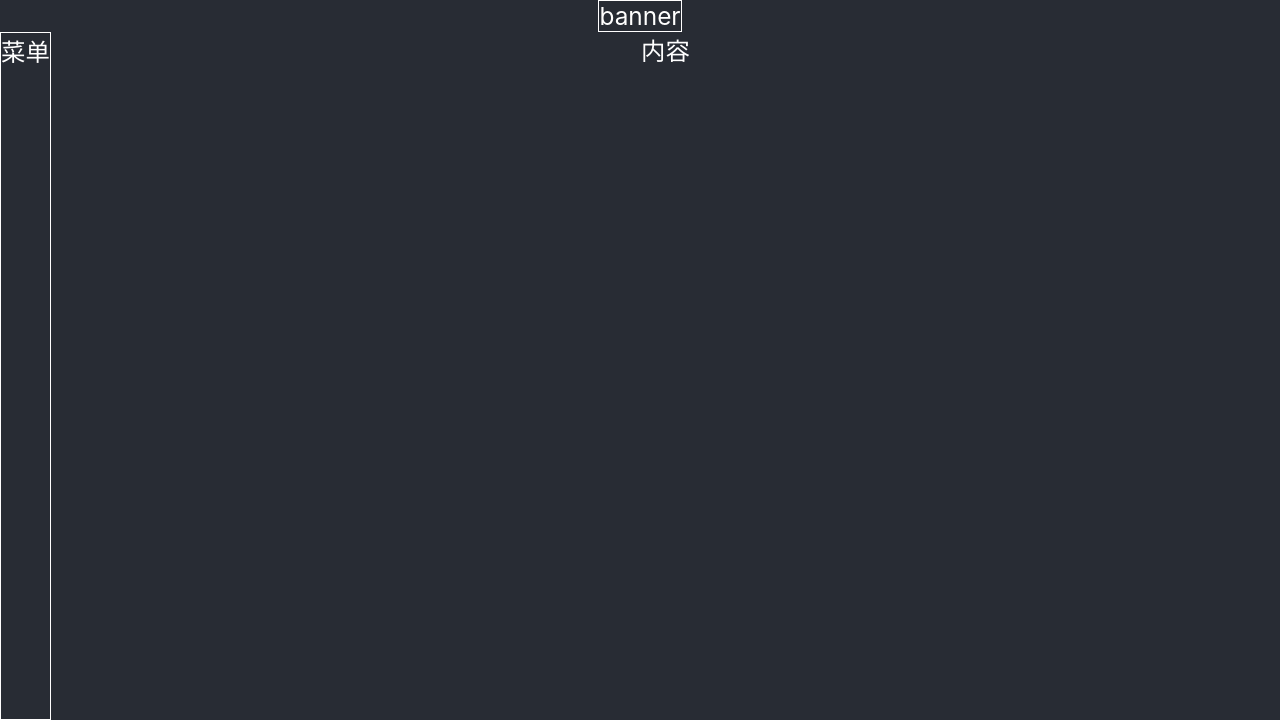
Repository: yaolh1995/react-hooks-demo-drag-layout
Page: /
These files come from the project's save history. The page is drawn as it stood at one moment and after the next save; the edit follows.
The browser window is 1280 px wide. The page is 1280 px wide, then 1281 px, so the pictures cover 1281 px, including what lies to the right of the window. The pictures show the whole page.
The project was rebuilt for these pictures with package versions that can differ from the ones it lists, and the page was loaded fresh each time.

Above is the page before, as saved 2022-01-29 14:25:11.

### src/index.css
body {
  margin: 0;
  font-family: -apple-system, BlinkMacSystemFont, "Segoe UI", "Roboto", "Oxygen",
    "Ubuntu", "Cantarell", "Fira Sans", "Droid Sans", "Helvetica Neue",
    sans-serif;
  -webkit-font-smoothing: antialiased;
  -moz-osx-font-smoothing: grayscale;
}

code {
  font-family: source-code-pro, Menlo, Monaco, Consolas, "Courier New",
    monospace;
}
.div1,
.div2 {
  margin: 15px;
  width: 100px;
  height: 100px;
  border: 1px solid red;
}

### src/App.js
import logo from "./logo.svg";
import "./App.css";
/* 布局 菜单可有可无，菜单宽度可拖拽 */
function App() {
  return (
    <div className="App">
      <header className="App-header">
        <div className="header">banner</div>
        <div className="content-wrapper">
          <div className="menu">菜单</div>
          <div className="content">内容</div>
        </div>
      </header>
    </div>
  );
}

export default App;

### src/App.css
.App {
  text-align: center;
}

.App-logo {
  height: 40vmin;
  pointer-events: none;
}

@media (prefers-reduced-motion: no-preference) {
  .App-logo {
    animation: App-logo-spin infinite 20s linear;
  }
}

.App-header {
  background-color: #282c34;
  min-height: 100vh;
  width: 100%;
  display: flex;
  flex-direction: column;
  align-items: center;
  justify-content: center;
  font-size: calc(10px + 2vmin);
  color: white;
}

.menu {
  border: 1px solid #fff;
}
.header {
  border: 1px solid #fff;
}
.content-wrapper {
  display: flex;
  width: 100%;
  flex: 1;
}
.content-wrapper > .content {
  flex: 1;
  text-align: center;
}

.App-link {
  color: #61dafb;
}

@keyframes App-logo-spin {
  from {
    transform: rotate(0deg);
  }
  to {
    transform: rotate(360deg);
  }
}

Loaded but not shown: public/index.html (common file); src/index.js (common file); src/reportWebVitals.js (common file)

After the next save:
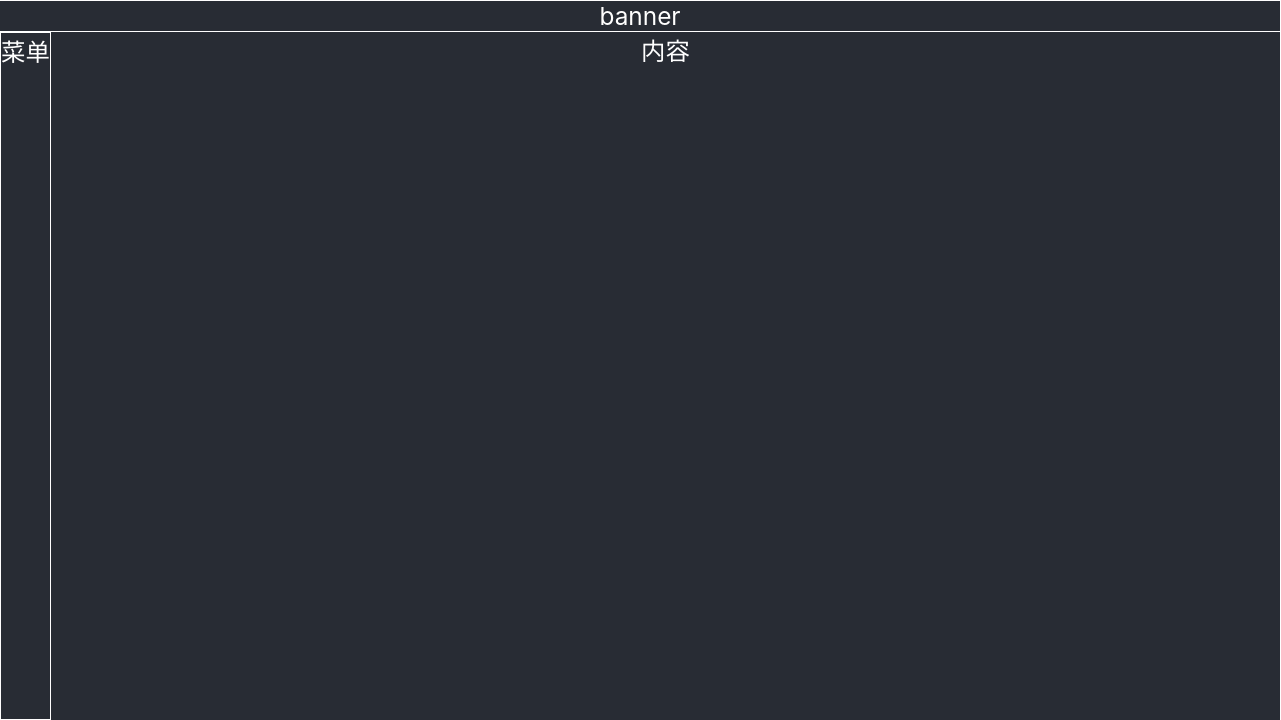
Saved 18 s later.
--- a/src/App.css
+++ b/src/App.css
@@ -29,6 +29,7 @@
   border: 1px solid #fff;
 }
 .header {
+  width: 100%;
   border: 1px solid #fff;
 }
 .content-wrapper {
